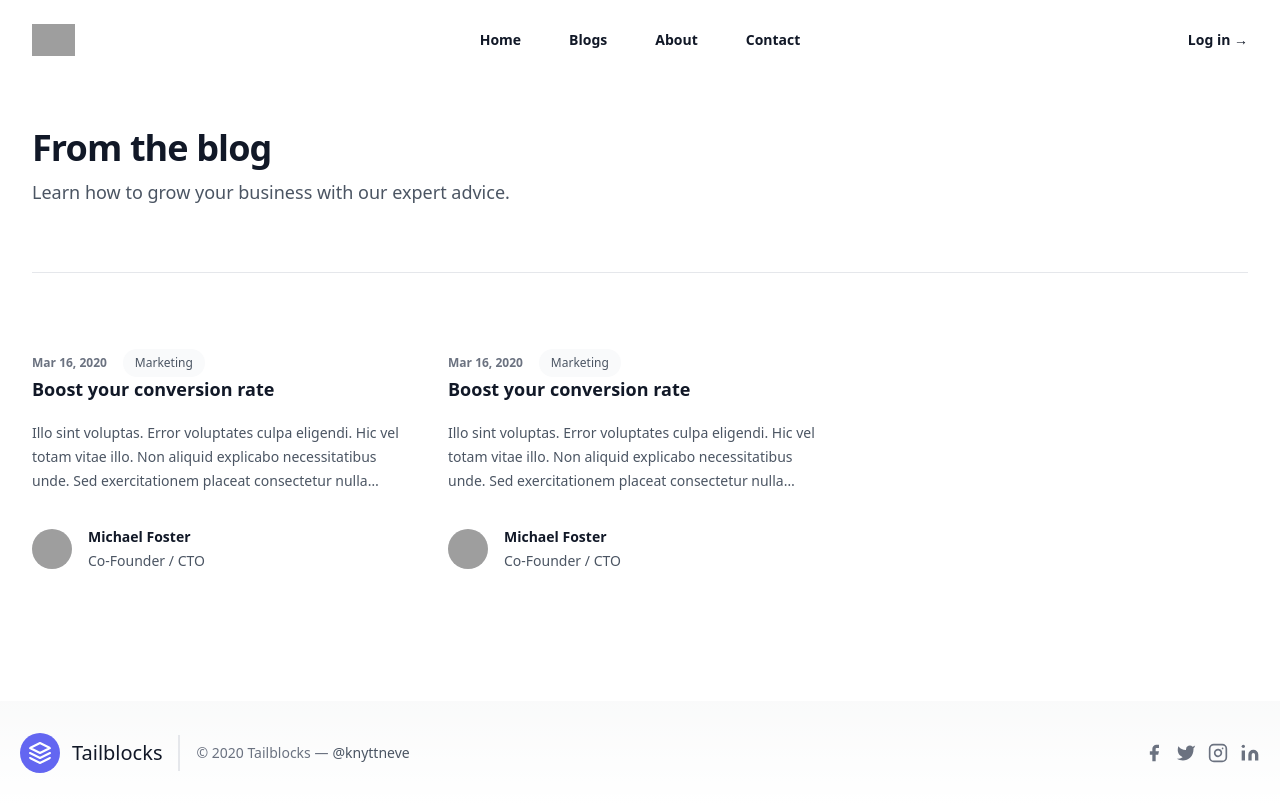
Repository: prashant523580/showcase
Page: /blogs
An editor plug-in stored every save of this project. The page is shown before and after the next save, followed by the edit.
The browser window is 1280 px wide. The pictures show the whole page.
Pictures or frames that could not be fetched are drawn as grey boxes. The project was rebuilt for these pictures with package versions that can differ from the ones it lists, and the page was loaded fresh each time. The framework's server and built-in components were replaced by stand-ins that run in the browser. Also part of the build but not shown: next.config.js.

Above is the page before, as saved 2023-03-25 14:33:40.

### src/pages/_app.tsx
import Footer from '@/components/Footer'
import Navbar from '@/components/Navbar'
import '@/styles/globals.css'
import type { AppProps } from 'next/app'

export default function App({ Component, pageProps }: AppProps) {
  return(
<>
    <Navbar/>
    <Component {...pageProps} />
    <Footer/>
</>
    )
}

### src/pages/blogs.tsx
/*
  This example requires some changes to your config:

  ```
  // tailwind.config.js
  module.exports = {
    // ...
    plugins: [
      // ...
      require('@tailwindcss/line-clamp'),
    ],
  }
  ```
*/
const posts = [
    {
      id: 1,
      title: 'Boost your conversion rate',
      href: '#',
      description:
        'Illo sint voluptas. Error voluptates culpa eligendi. Hic vel totam vitae illo. Non aliquid explicabo necessitatibus unde. Sed exercitationem placeat consectetur nulla deserunt vel. Iusto corrupti dicta.',
      date: 'Mar 16, 2020',
      datetime: '2020-03-16',
      category: { title: 'Marketing', href: '#' },
      author: {
        name: 'Michael Foster',
        role: 'Co-Founder / CTO',
        href: '#',
        imageUrl:
          'https://images.unsplash.com/photo-1519244703995-f4e0f30006d5?ixlib=rb-1.2.1&ixid=eyJhcHBfaWQiOjEyMDd9&auto=format&fit=facearea&facepad=2&w=256&h=256&q=80',
      },
    },
    {
      id: 2,
      title: 'Boost your conversion rate',
      href: '#',
      description:
        'Illo sint voluptas. Error voluptates culpa eligendi. Hic vel totam vitae illo. Non aliquid explicabo necessitatibus unde. Sed exercitationem placeat consectetur nulla deserunt vel. Iusto corrupti dicta.',
      date: 'Mar 16, 2020',
      datetime: '2020-03-16',
      category: { title: 'Marketing', href: '#' },
      author: {
        name: 'Michael Foster',
        role: 'Co-Founder / CTO',
        href: '#',
        imageUrl:
          'https://images.unsplash.com/photo-1519244703995-f4e0f30006d5?ixlib=rb-1.2.1&ixid=eyJhcHBfaWQiOjEyMDd9&auto=format&fit=facearea&facepad=2&w=256&h=256&q=80',
      },
    },
    // More posts...
  ]

  export default function Blogs() {
    return (
      <div className="bg-white py-24 sm:py-32">
        <div className="mx-auto max-w-7xl px-6 lg:px-8">
          <div className="mx-auto max-w-2xl lg:mx-0">
            <h2 className="text-3xl font-bold tracking-tight text-gray-900 sm:text-4xl">From the blog</h2>
            <p className="mt-2 text-lg leading-8 text-gray-600">
              Learn how to grow your business with our expert advice.
            </p>
          </div>
          <div className="mx-auto mt-10 grid max-w-2xl grid-cols-1 gap-y-16 gap-x-8 border-t border-gray-200 pt-10 sm:mt-16 sm:pt-16 lg:mx-0 lg:max-w-none lg:grid-cols-3">
            {posts.map((post) => (
              <article key={post.id} className="flex max-w-xl flex-col items-start justify-between">
                <div className="group relative">
                  <h3 className="mt-3 text-lg font-semibold leading-6 text-gray-900 group-hover:text-gray-600">
                <div className="flex items-center gap-x-4 text-xs">
                  <time dateTime={post.datetime} className="text-gray-500">
                    {post.date}
                  </time>
                  <a
                    href={post.category.href}
                    className="relative z-10 rounded-full bg-gray-50 py-1.5 px-3 font-medium text-gray-600 hover:bg-gray-100"
                  >
                    {post.category.title}
                  </a>
                </div>
                    <a href={post.href}>
                      <span className="absolute inset-0" />
                      {post.title}
                    </a>
                  </h3>
                  <p className="mt-5 text-sm leading-6 text-gray-600 line-clamp-3">{post.description}</p>
                </div>
                <div className="relative mt-8 flex items-center gap-x-4">
                  <img src={post.author.imageUrl} alt="" className="h-10 w-10 rounded-full bg-gray-50" />
                  <div className="text-sm leading-6">
                    <p className="font-semibold text-gray-900">
                      <a href={post.author.href}>
                        <span className="absolute inset-0" />
                        {post.author.name}
                      </a>
                    </p>
                    <p className="text-gray-600">{post.author.role}</p>
                  </div>
                </div>
              </article>
            ))}
          </div>
        </div>
      </div>
    )
  }

### src/components/Footer.tsx
import React from 'react'

export default function Footer() {
  return (
    <footer className="text-gray-600 body-font">
  <div className="container px-5 py-8 mx-auto flex items-center sm:flex-row flex-col">
    <a className="flex title-font font-medium items-center md:justify-start justify-center text-gray-900">
      <svg xmlns="http://www.w3.org/2000/svg" fill="none" stroke="currentColor" stroke-linecap="round" stroke-linejoin="round" stroke-width="2" className="w-10 h-10 text-white p-2 bg-indigo-500 rounded-full" viewBox="0 0 24 24">
        <path d="M12 2L2 7l10 5 10-5-10-5zM2 17l10 5 10-5M2 12l10 5 10-5"></path>
      </svg>
      <span className="ml-3 text-xl">Tailblocks</span>
    </a>
    <p className="text-sm text-gray-500 sm:ml-4 sm:pl-4 sm:border-l-2 sm:border-gray-200 sm:py-2 sm:mt-0 mt-4">© 2020 Tailblocks —
      <a href="https://twitter.com/knyttneve" className="text-gray-600 ml-1" rel="noopener noreferrer" target="_blank">@knyttneve</a>
    </p>
    <span className="inline-flex sm:ml-auto sm:mt-0 mt-4 justify-center sm:justify-start">
      <a className="text-gray-500">
        <svg fill="currentColor" stroke-linecap="round" stroke-linejoin="round" stroke-width="2" className="w-5 h-5" viewBox="0 0 24 24">
          <path d="M18 2h-3a5 5 0 00-5 5v3H7v4h3v8h4v-8h3l1-4h-4V7a1 1 0 011-1h3z"></path>
        </svg>
      </a>
      <a className="ml-3 text-gray-500">
        <svg fill="currentColor" stroke-linecap="round" stroke-linejoin="round" stroke-width="2" className="w-5 h-5" viewBox="0 0 24 24">
          <path d="M23 3a10.9 10.9 0 01-3.14 1.53 4.48 4.48 0 00-7.86 3v1A10.66 10.66 0 013 4s-4 9 5 13a11.64 11.64 0 01-7 2c9 5 20 0 20-11.5a4.5 4.5 0 00-.08-.83A7.72 7.72 0 0023 3z"></path>
        </svg>
      </a>
      <a className="ml-3 text-gray-500">
        <svg fill="none" stroke="currentColor" stroke-linecap="round" stroke-linejoin="round" stroke-width="2" className="w-5 h-5" viewBox="0 0 24 24">
          <rect width="20" height="20" x="2" y="2" rx="5" ry="5"></rect>
          <path d="M16 11.37A4 4 0 1112.63 8 4 4 0 0116 11.37zm1.5-4.87h.01"></path>
        </svg>
      </a>
      <a className="ml-3 text-gray-500">
        <svg fill="currentColor" stroke="currentColor" stroke-linecap="round" stroke-linejoin="round" stroke-width="0" className="w-5 h-5" viewBox="0 0 24 24">
          <path stroke="none" d="M16 8a6 6 0 016 6v7h-4v-7a2 2 0 00-2-2 2 2 0 00-2 2v7h-4v-7a6 6 0 016-6zM2 9h4v12H2z"></path>
          <circle cx="4" cy="4" r="2" stroke="none"></circle>
        </svg>
      </a>
    </span>
  </div>
</footer>
  )
}

### src/components/Navbar.tsx
// import React from 'react'

// export default function Navbar() {
//   return (
//     <header className="text-gray-600 body-font">
//   <div className="container mx-auto flex flex-wrap p-5 flex-col md:flex-row items-center">
//     <nav className="flex lg:w-2/5 flex-wrap items-center text-base md:ml-auto">
//       <a className="mr-5 hover:text-gray-900">First Link</a>
//       <a className="mr-5 hover:text-gray-900">Second Link</a>
//       <a className="mr-5 hover:text-gray-900">Third Link</a>
//       <a className="hover:text-gray-900">Fourth Link</a>
//     </nav>
//     <a className="flex order-first lg:order-none lg:w-1/5 title-font font-medium items-center text-gray-900 lg:items-center lg:justify-center mb-4 md:mb-0">
//       <svg xmlns="http://www.w3.org/2000/svg" fill="none" stroke="currentColor" stroke-linecap="round" stroke-linejoin="round" stroke-width="2" className="w-10 h-10 text-white p-2 bg-indigo-500 rounded-full" viewBox="0 0 24 24">
//         <path d="M12 2L2 7l10 5 10-5-10-5zM2 17l10 5 10-5M2 12l10 5 10-5"></path>
//       </svg>
//       <span className="ml-3 text-xl">Tailblocks</span>
//     </a>
//     <div className="lg:w-2/5 inline-flex lg:justify-end ml-5 lg:ml-0">
//       <button className="inline-flex items-center bg-gray-100 border-0 py-1 px-3 focus:outline-none hover:bg-gray-200 rounded text-base mt-4 md:mt-0">Button
//         <svg fill="none" stroke="currentColor" stroke-linecap="round" stroke-linejoin="round" stroke-width="2" className="w-4 h-4 ml-1" viewBox="0 0 24 24">
//           <path d="M5 12h14M12 5l7 7-7 7"></path>
//         </svg>
//       </button>
//     </div>
//   </div>
// </header>
//   )
// }
import React, { useState } from 'react'
import { Dialog } from '@headlessui/react'
import { Bars3Icon, XMarkIcon } from '@heroicons/react/24/outline'
import Link from 'next/link'

const navigation = [
  { name: 'Home', href: '/' },
  { name: 'Blogs', href: '/blogs' },
  { name: 'About', href: '/about' },
  { name: 'Contact', href: '/contact' },
]

export default function Example() {
  const [mobileMenuOpen, setMobileMenuOpen] = useState(false)

  return (
    <div className="bg-white">
      <header className="absolute bg-white inset-x-0 top-0 z-50">
        <nav className="flex items-center justify-between p-6 lg:px-8" aria-label="Global">
          <div className="flex lg:flex-1">
            <Link href="/" className="-m-1.5 p-1.5">
              <span className="sr-only">Your Company</span>
              <img
                className="h-8 w-auto"
                src="https://tailwindui.com/img/logos/mark.svg?color=indigo&shade=600"
                alt=""
              />
            </Link>
          </div>
          <div className="flex lg:hidden">
            <button
              type="button"
              className="-m-2.5 inline-flex items-center justify-center rounded-md p-2.5 text-gray-700"
              onClick={() => setMobileMenuOpen(true)}
            >
              <span className="sr-only">Open main menu</span>
              <Bars3Icon className="h-6 w-6" aria-hidden="true" />
            </button>
          </div>
          <div className="hidden lg:flex lg:gap-x-12">
            {navigation.map((item) => (
              <Link key={item.name} href={item.href} className="text-sm font-semibold leading-6 text-gray-900">
                {item.name}
              </Link>
            ))}
          </div>
          <div className="hidden lg:flex lg:flex-1 lg:justify-end">
            <Link href="#" className="text-sm font-semibold leading-6 text-gray-900">
              Log in <span aria-hidden="true">&rarr;</span>
            </Link>
          </div>
        </nav>
        <Dialog as="div" className="lg:hidden transition-all" open={mobileMenuOpen} onClose={setMobileMenuOpen}>
          <div className="fixed inset-0 z-50  transition-all" />
          <Dialog.Panel className="fixed transition-all inset-y-0 right-0 z-50 w-full overflow-y-auto bg-white px-6 py-6 sm:max-w-sm sm:ring-1 sm:ring-gray-900/10">
            <div className="flex items-center justify-between">
              <Link href="#" className="-m-1.5 p-1.5">
                <span className="sr-only">Your Company</span>
                <img
                  className="h-8 w-auto"
                  src="https://tailwindui.com/img/logos/mark.svg?color=indigo&shade=600"
                  alt=""
                />
              </Link>
              <button
                type="button"
                className="-m-2.5 rounded-md p-2.5 text-gray-700"
                onClick={() => setMobileMenuOpen(false)}
              >
                <span className="sr-only">Close menu</span>
                <XMarkIcon className="h-6 w-6" aria-hidden="true" />
              </button>
            </div>
            <div className="mt-6 flow-root">
              <div className="-my-6 divide-y divide-gray-500/10">
                <div className="space-y-2 py-6">
                  {navigation.map((item) => (
                    <Link
                      key={item.name}
                      href={item.href}
                      className="-mx-3 block rounded-lg py-2 px-3 text-base font-semibold leading-7 text-gray-900 hover:bg-gray-50"
                    >
                      {item.name}
                    </Link>
                  ))}
                </div>
                <div className="py-6">
                  <Link
                    href="#"
                    className="-mx-3 block rounded-lg py-2.5 px-3 text-base font-semibold leading-7 text-gray-900 hover:bg-gray-50"
                  >
                    Log in
                  </Link>
                </div>
              </div>
            </div>
          </Dialog.Panel>
        </Dialog>
      </header>


    </div>
  )
}

Loaded but not shown: src/pages/_document.tsx (common file); src/styles/globals.css (common file); tailwind.config.js (common file)

After the next save:
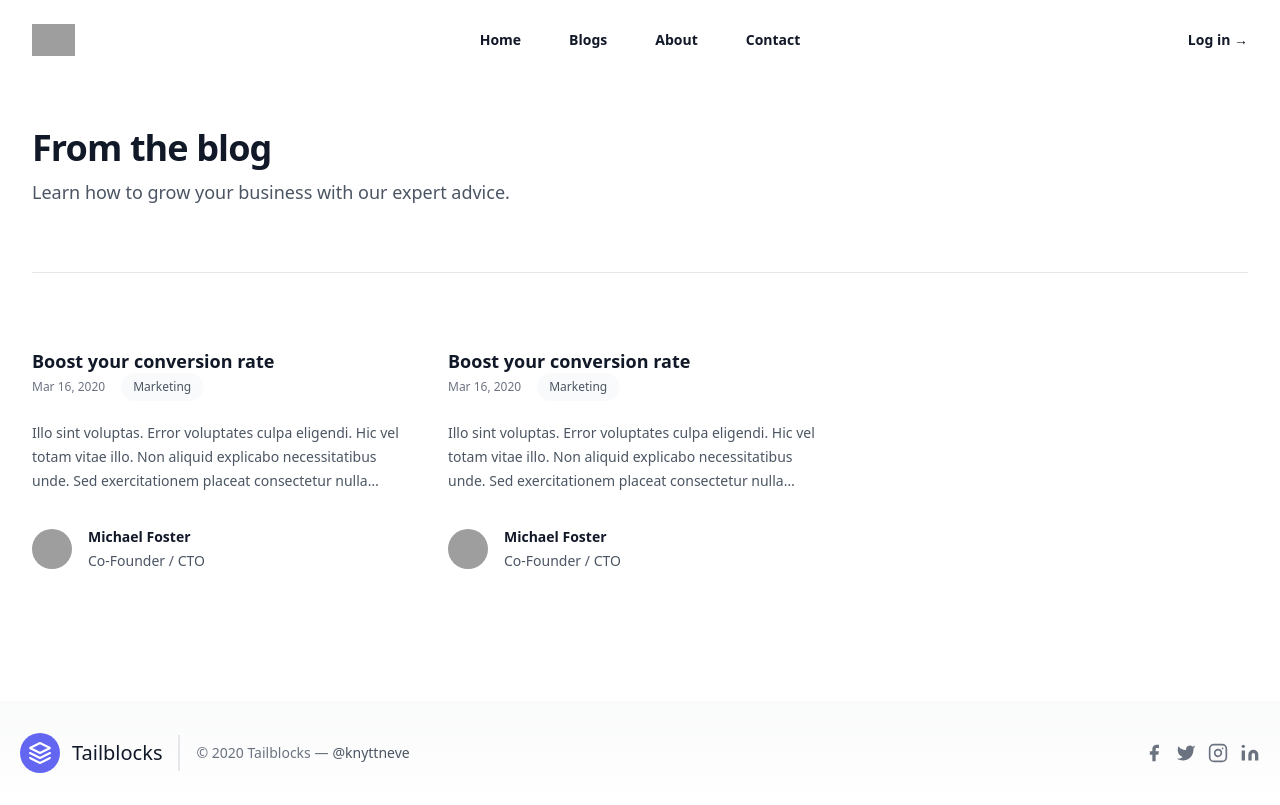
Saved 65 s later.
--- a/src/pages/blogs.tsx
+++ b/src/pages/blogs.tsx
@@ -65,6 +65,11 @@ const posts = [
               <article key={post.id} className="flex max-w-xl flex-col items-start justify-between">
                 <div className="group relative">
                   <h3 className="mt-3 text-lg font-semibold leading-6 text-gray-900 group-hover:text-gray-600">
+                    <a href={post.href}>
+                      <span className="absolute inset-0" />
+                      {post.title}
+                    </a>
+                  </h3>
                 <div className="flex items-center gap-x-4 text-xs">
                   <time dateTime={post.datetime} className="text-gray-500">
                     {post.date}
@@ -76,11 +81,6 @@ const posts = [
                     {post.category.title}
                   </a>
                 </div>
-                    <a href={post.href}>
-                      <span className="absolute inset-0" />
-                      {post.title}
-                    </a>
-                  </h3>
                   <p className="mt-5 text-sm leading-6 text-gray-600 line-clamp-3">{post.description}</p>
                 </div>
                 <div className="relative mt-8 flex items-center gap-x-4">
